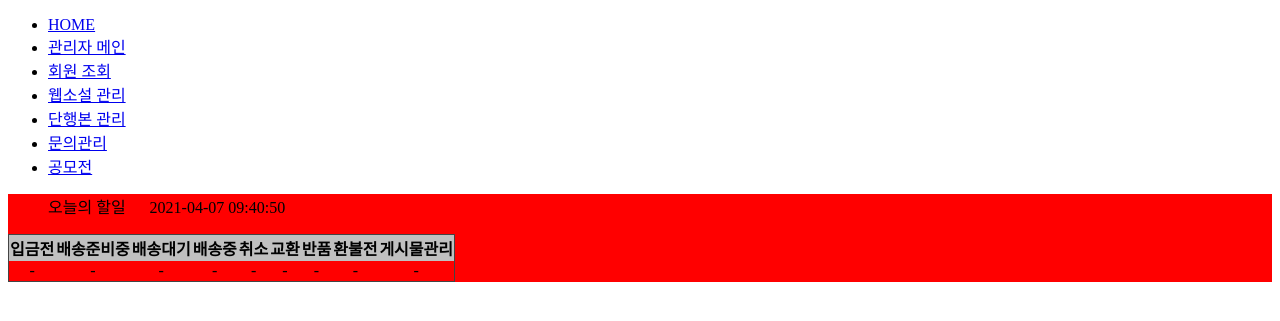
Repository: hoony0203/firstbook
Page: http://localhost/first_book/admin/main
The author's editor kept a copy of each file at every save. The page is drawn from the files as they stood at one save, then again after the next save.
The browser window is 1280 px wide. The pictures show the whole page.
The page is served by Tomcat 9.

Above is the page before, as saved 2021-04-10 08:10:06.

After the next save:
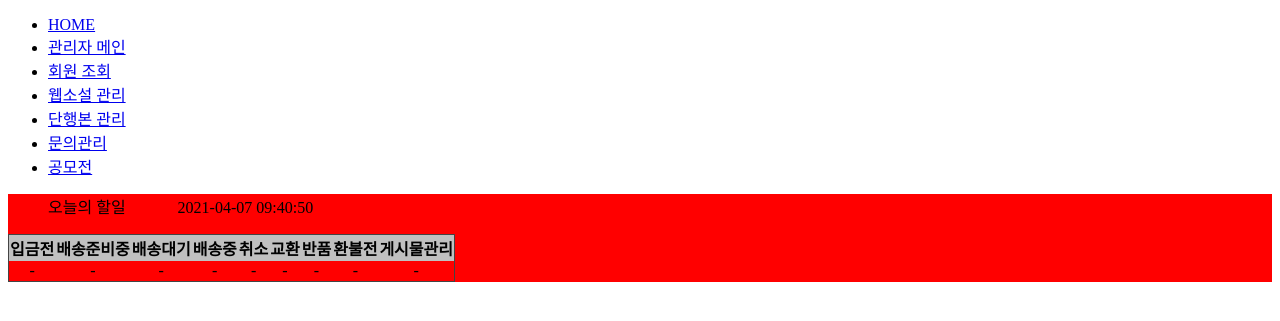
Saved 6 s later.
--- a/first_book/web/WEB-INF/views/admin/adminMain.jsp
+++ b/first_book/web/WEB-INF/views/admin/adminMain.jsp
@@ -30,7 +30,7 @@
 
 		<figure>
 			<figcaption>
-			오늘의 할일&nbsp;&nbsp;&nbsp;&nbsp;&nbsp;&nbsp;<c:out value="${sysYear}" />
+			오늘의 할일&nbsp;&nbsp;&nbsp;&nbsp;&nbsp;&nbsp;&nbsp;&nbsp;&nbsp;&nbsp;&nbsp;&nbsp;&nbsp;<c:out value="${sysYear}" />
 			</figcaption>
 		</figure>
 
